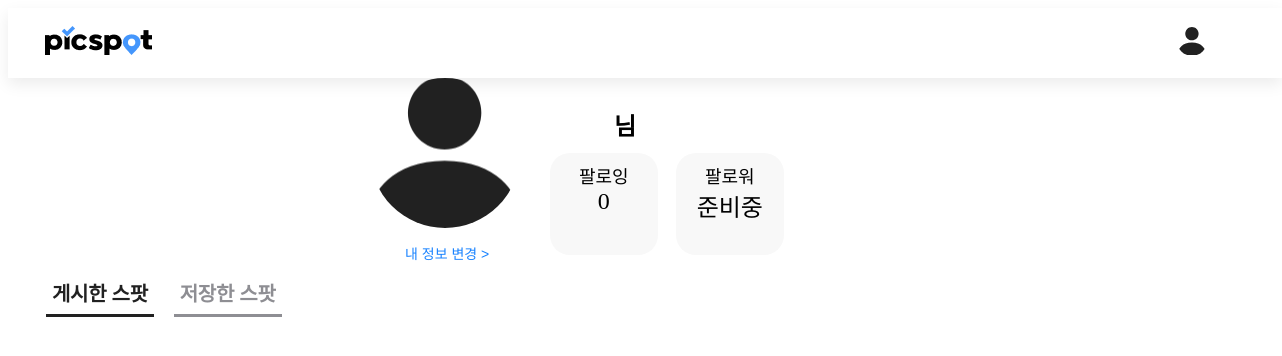
Repository: kimtanook/picspot
Page: /mypage
The author's editor kept a copy of each file at every save. The page is drawn from the files as they stood at one save, then again after the next save.
The browser window is 1280 px wide. The page is 1282 px wide, so the pictures cover 1282 px, including what lies to the right of the window. The pictures show the whole page.
The page's requests for data from a server got no answer. The project was rebuilt for these pictures with package versions that can differ from the ones it lists, and the page was loaded fresh each time. Some packages were replaced by stand-ins written for this rebuild. The framework's server and built-in components were replaced by stand-ins that run in the browser. No one was signed in, and anything a server would have sent is missing. Also part of the build but not shown: next.config.js, components/main/auth/AuthSocial.tsx, components/main/auth/Auth.tsx, components/main/auth/AuthSignUp.tsx, components/main/auth/AuthForgot.tsx, components/ModalLogin.tsx, components/mypage/Profile/ModalProfile.tsx, components/mypage/MyCollectPost.tsx and 5 more.

Above is the page before, as saved 2023-02-23 11:49:02.

After the next save:
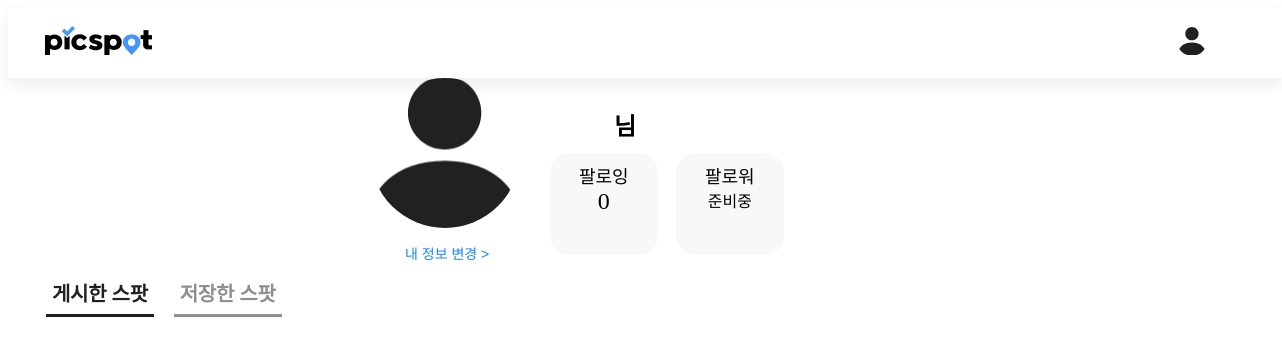
Saved 55 s later.
--- a/components/mypage/Profile/Profile.tsx
+++ b/components/mypage/Profile/Profile.tsx
@@ -247,6 +247,7 @@
 `;
 
 const FollowingText = styled.div`
+  color: 5B5B5F;
   font-size: 18px;
   /* width: 90px;
   height: 85px; */
@@ -255,16 +256,16 @@
 const FollowingCount = styled.div``;
 
 const MyProfileFollower = styled.div`
-  color: 5B5B5F;
   border-radius: 20px;
   background-color: #f8f8f8;
   padding: 7%;
-  font-size: 18pt;
+
   width: 90px;
   height: 85px;
   text-align: center;
 `;
 const FollowerText = styled.div`
+  color: 5B5B5F;
   font-size: 18px;
   /* width: 90px;
   height: 85px; */
